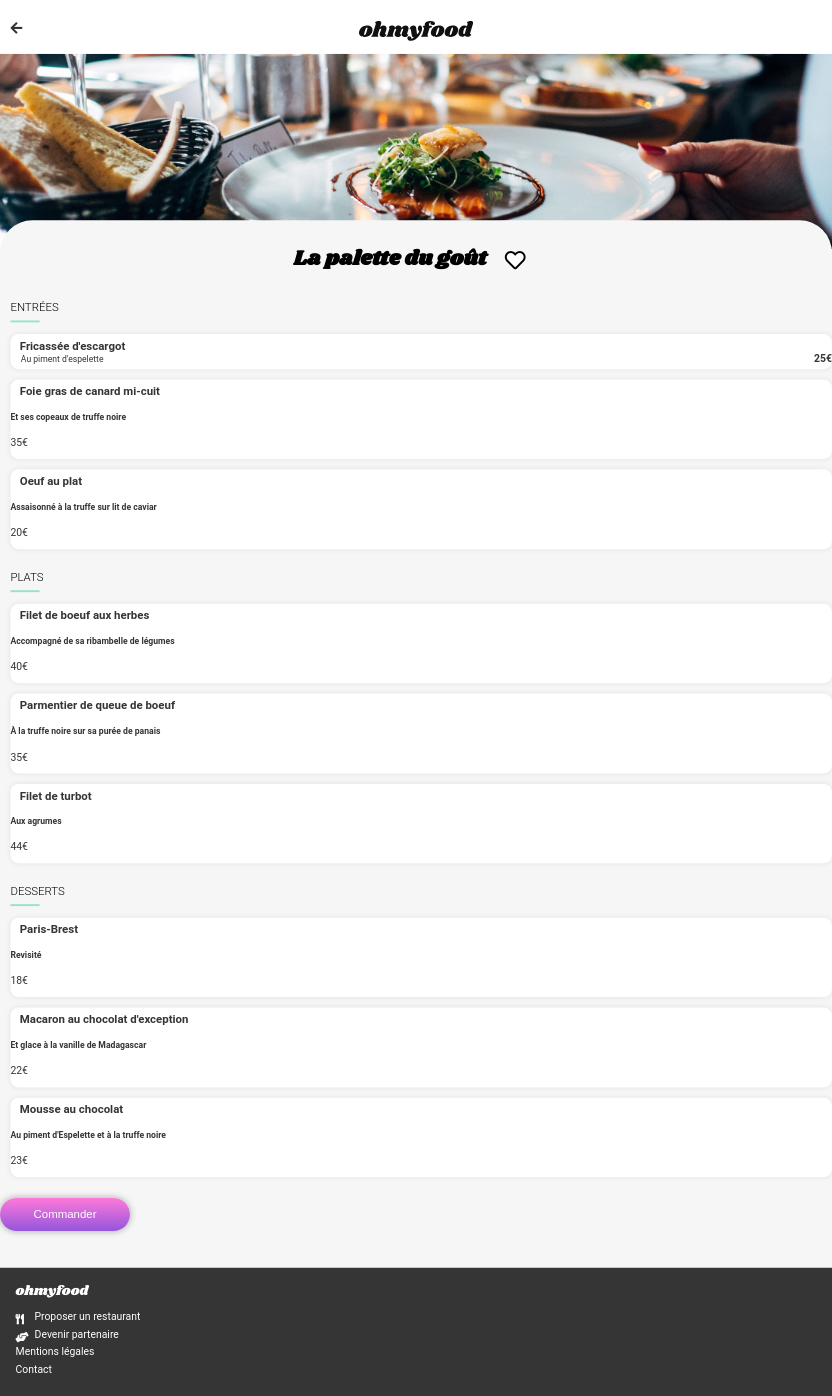
Repository: AlexisTisserand/AlexisTisserand_3_24112020
Page: menu-la-palette-du-gout.html
The author's editor kept a copy of each file at every save. The page is drawn from the files as they stood at one save, then again after the next save.
The browser window is 1280 px wide. The pictures show the whole page, at 65% of full size.
Some web libraries are served in a nearby version. The style sheet was rebuilt from its Sass, Less or Tailwind sources for each picture, by a compiler version that may differ from the author's.

Above is the page before, as saved 2020-12-03 14:09:22.

After the next save:
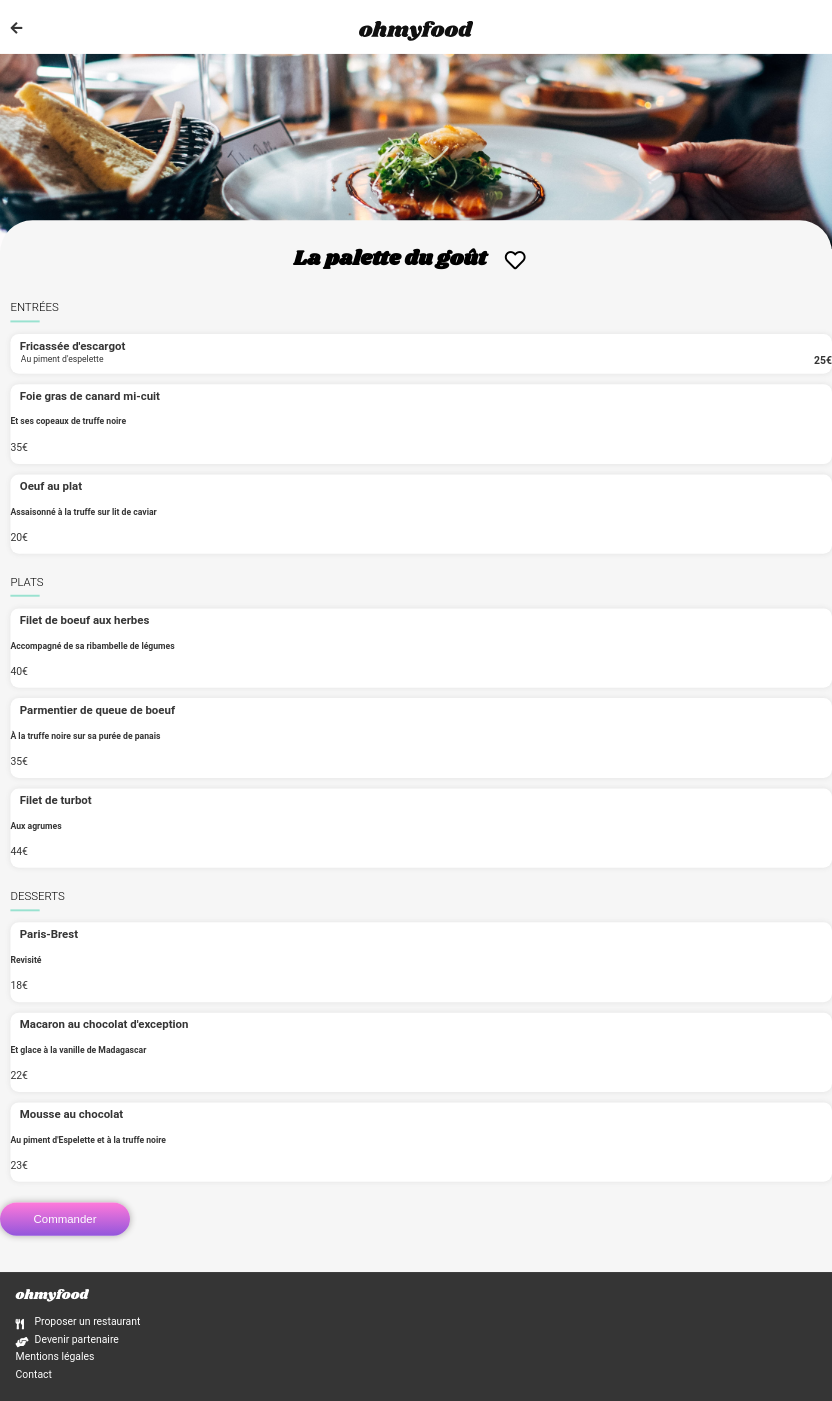
Saved 2 min 24 s later.
--- a/sass/style.scss
+++ b/sass/style.scss
@@ -456,7 +456,7 @@
             }
             p{
                 font-weight: bold;
-                margin: 0;
+                margin: 0.2rem 0 0.7rem 0.9rem;
             }
         }
     }

After the 3 saves that followed:
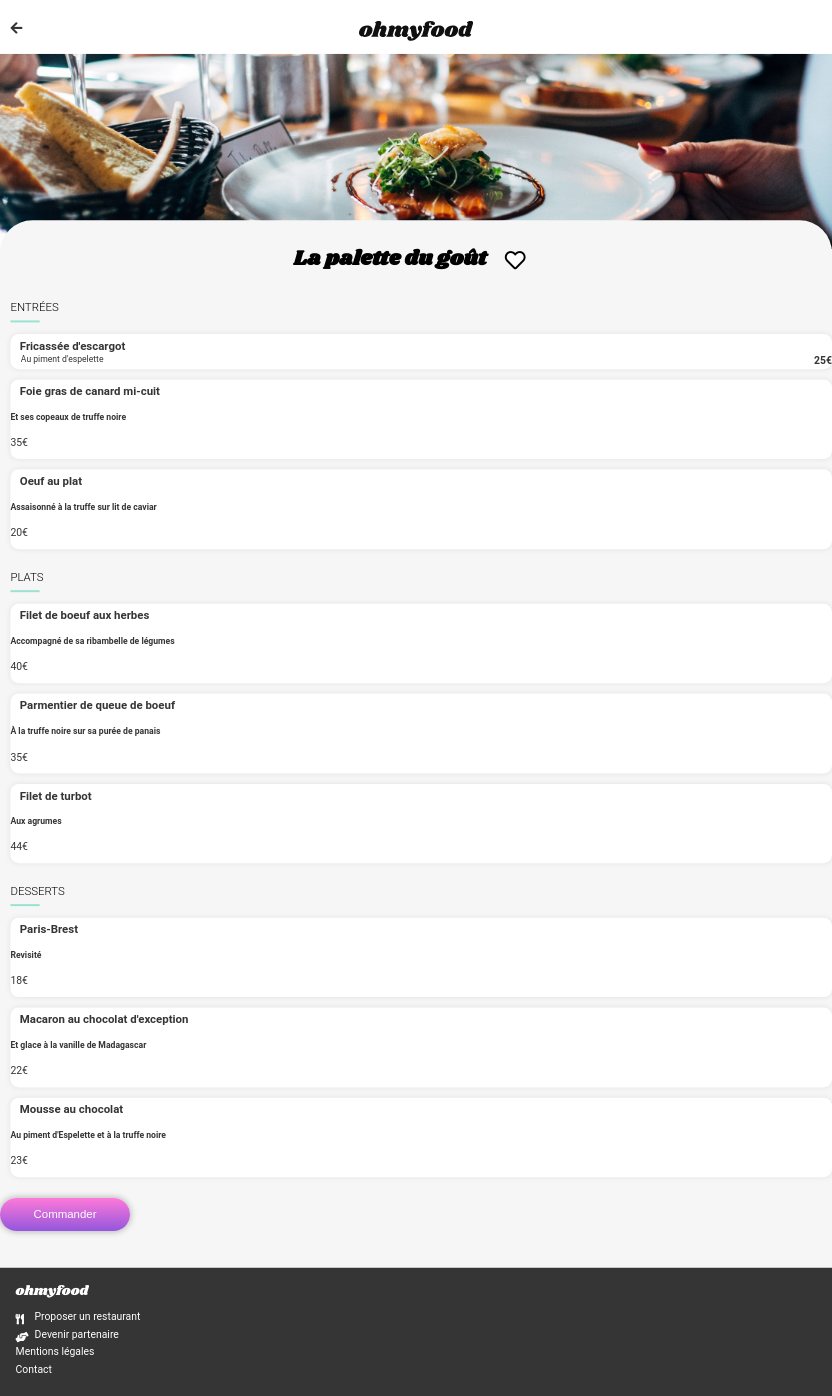
The 3 saves are shown as one change because 2 left the picture as it was.
The last was saved 62 s later.
--- a/sass/style.scss
+++ b/sass/style.scss
@@ -456,7 +456,7 @@
             }
             p{
                 font-weight: bold;
-                margin: 0.2rem 0 0.7rem 0.9rem;
+                margin: 0.2rem 0 0rem 0.8rem;
             }
         }
     }
